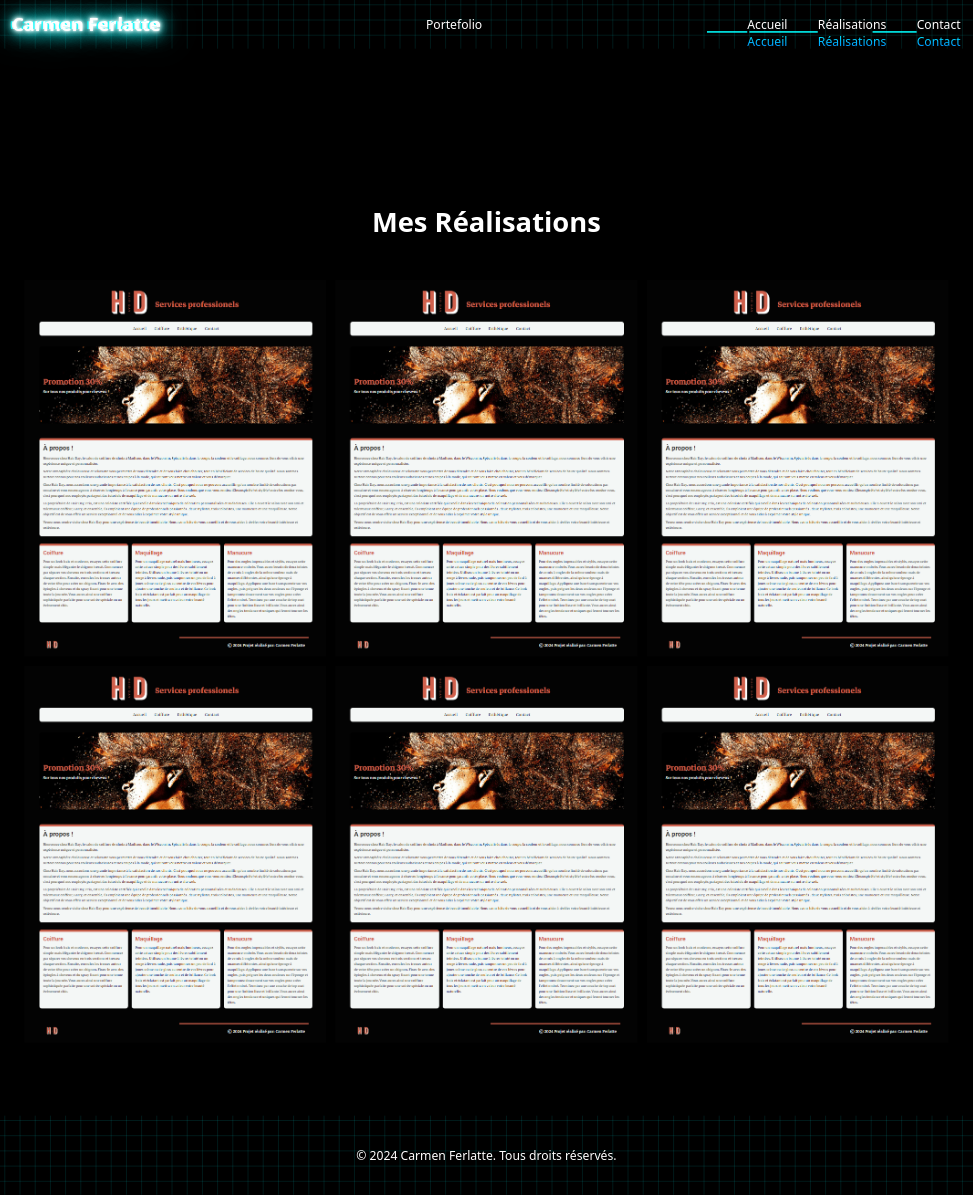
Repository: CarmenFerlatte/TP3__FerlatteCarmen
Page: realisations.html
An editor plug-in stored every save of this project. The page is shown before and after the next save, followed by the edit.
The browser window is 1280 px wide. The pictures show the whole page, at 76% of full size.
Some web libraries are served in a nearby version.

Above is the page before, as saved 2024-08-14 14:46:49.
Console error: TypeError: Cannot read properties of null (reading 'addEventListener')

After the next save:
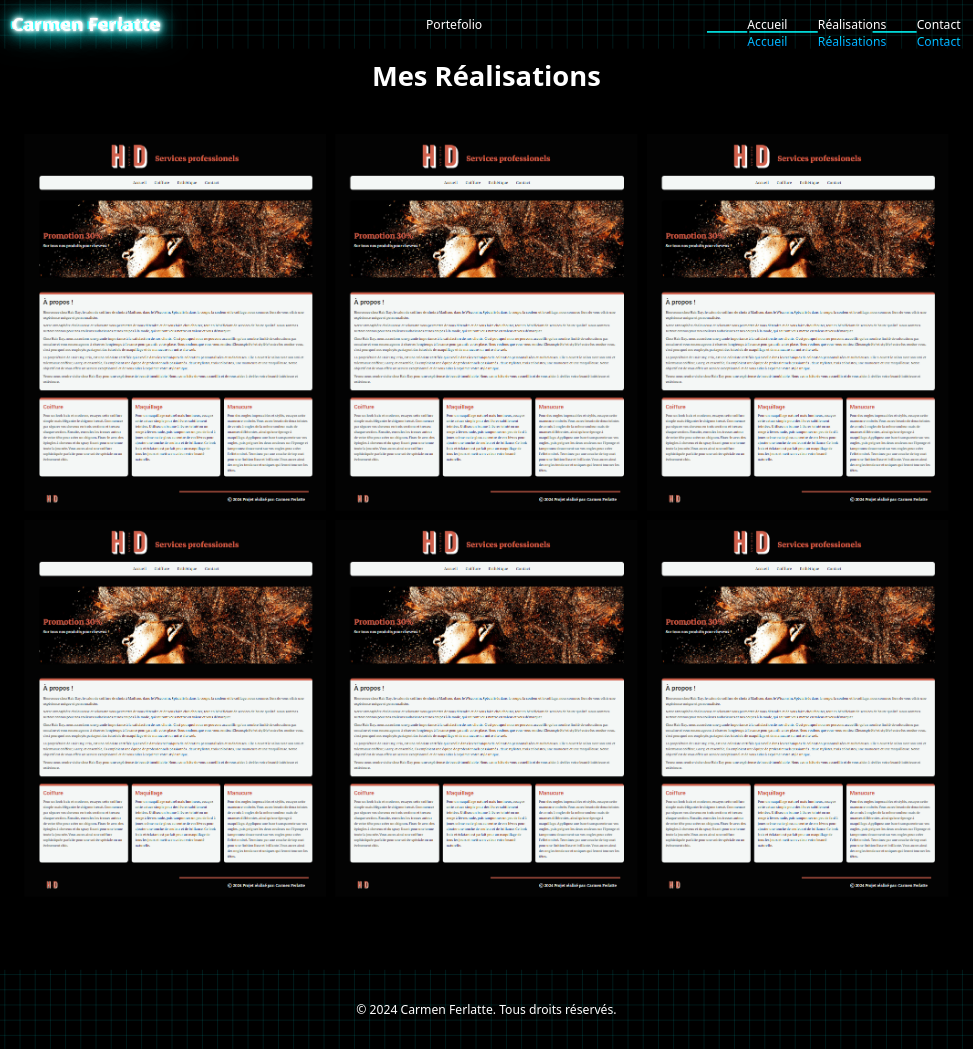
Saved 7 s later.
--- a/realisations.html
+++ b/realisations.html
@@ -25,7 +25,7 @@
 
 <main>
     <section class="container mx-auto px-4 py-20">
-        <h1 class="text-4xl font-bold text-center mb-10 mt-48">Mes Réalisations</h1>
+        <h1 class="text-4xl font-bold text-center mb-10 pt-">Mes Réalisations</h1>
 
         <div class="grid grid-cols-2 md:grid-cols-3 gap-3 p-4 w-full m-auto place-items-center">
             <img class="hover:opacity-75" src="img/screenshots/mon_projet__01__salon_de_coiffure.png" alt="image">

After the save that followed:
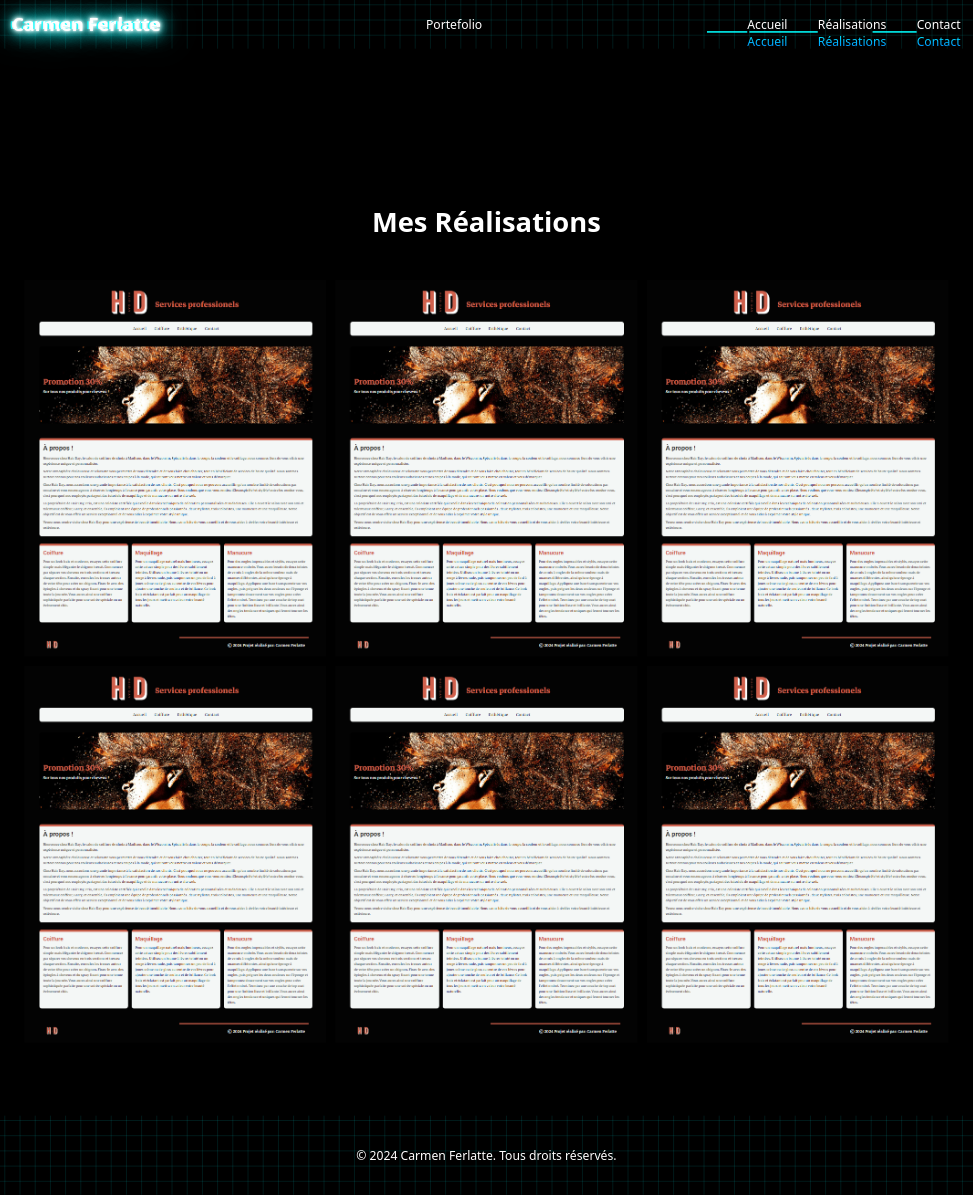
Saved 4 s later.
--- a/realisations.html
+++ b/realisations.html
@@ -25,7 +25,7 @@
 
 <main>
     <section class="container mx-auto px-4 py-20">
-        <h1 class="text-4xl font-bold text-center mb-10 pt-">Mes Réalisations</h1>
+        <h1 class="text-4xl font-bold text-center mb-10 pt-48">Mes Réalisations</h1>
 
         <div class="grid grid-cols-2 md:grid-cols-3 gap-3 p-4 w-full m-auto place-items-center">
             <img class="hover:opacity-75" src="img/screenshots/mon_projet__01__salon_de_coiffure.png" alt="image">
